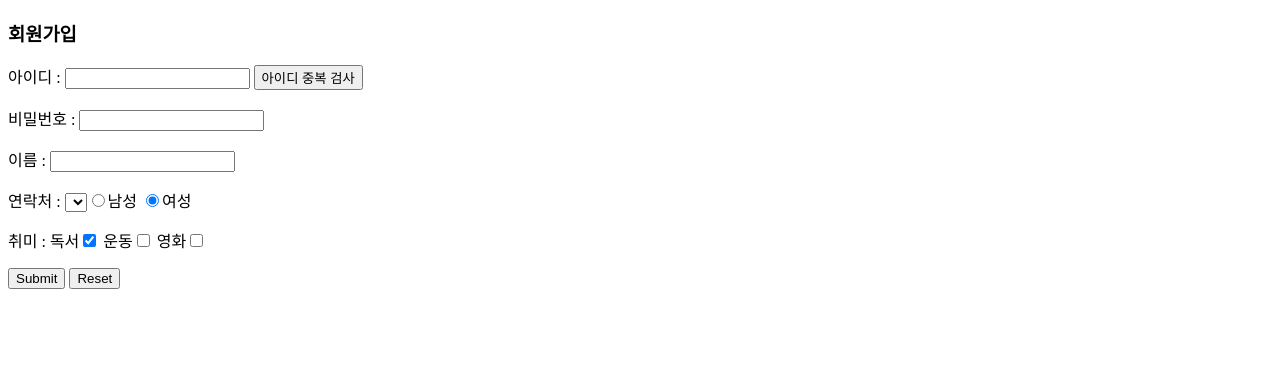
Repository: byeolchorong/ITedunet
Page: http://localhost/JSPBook/chapter06/form06.jsp
An editor plug-in stored every save of this project. The page is shown before and after the next save, followed by the edit.
The browser window is 1280 px wide. The pictures show the whole page.
The page is served by Tomcat 10. Nobody is signed in. The application's start-up code is not run.

Above is the page before, as saved 2025-05-26 05:57:22.

After the next save:
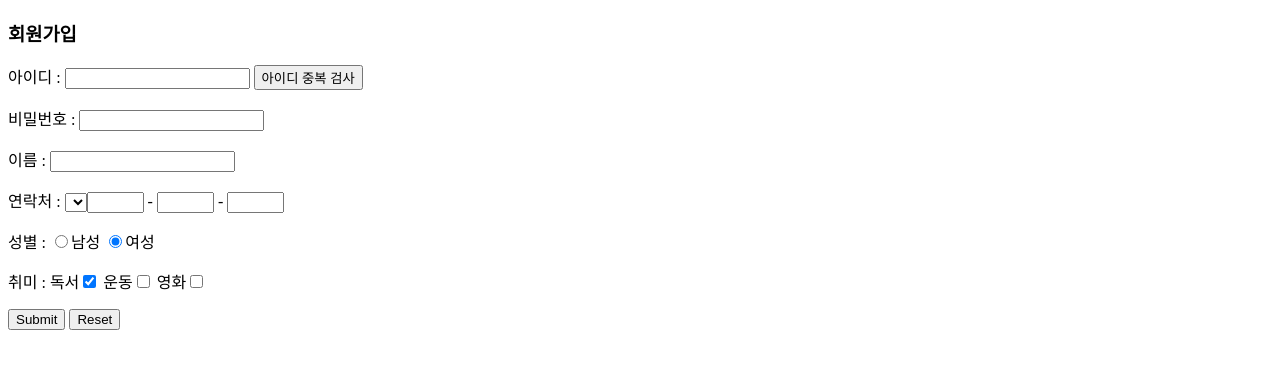
Saved 39 s later.
--- a/JSP/JSPBook/src/main/webapp/chapter06/form06.jsp
+++ b/JSP/JSPBook/src/main/webapp/chapter06/form06.jsp
@@ -13,6 +13,9 @@
 		<p> 비밀번호 : <input type="password" name="passwd">
 		<p> 이름 : <input type="text" name="name">
 		<p> 연락처 : <select name="phone1">
+					<input type="text" maxlength="4" size="4" name="phone1"> -
+				  	<input type="text" maxlength="4" size="4" name="phone2"> -
+				  	<input type="text" maxlength="4" size="4" name="phone3">
 		<p> 성별 : <input type="radio" name="gender" value="남성" >남성
 				  <input type="radio" name="gender" value="여성" checked>여성
 		<p> 취미 : 독서<input type="checkbox" name="hobby1" checked>
